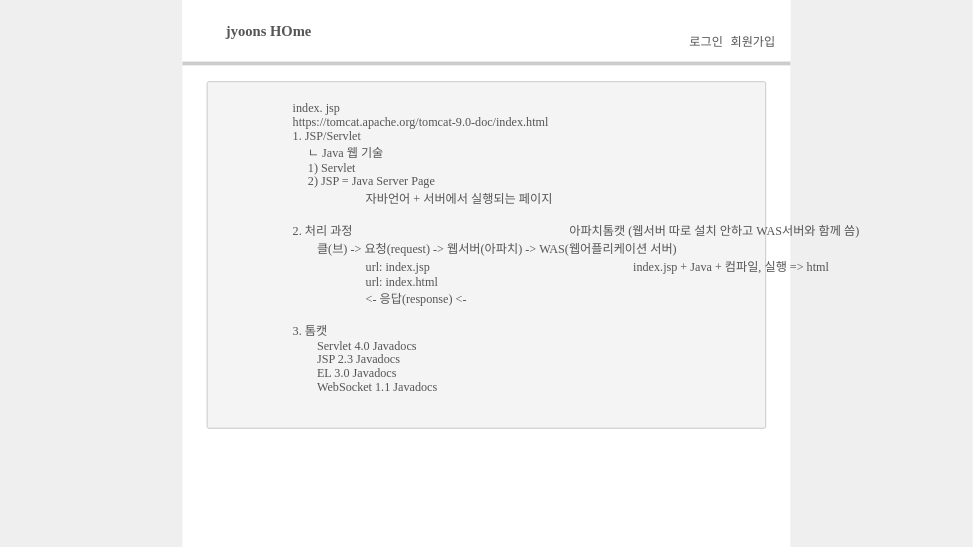
Repository: jyoons00/JSP-sample
Page: http://localhost/jspPro/index.jsp
The author's editor kept a copy of each file at every save. The page is drawn from the files as they stood at one save, then again after the next save.
The browser window is 1280 px wide. The pictures show the whole page, at 76% of full size.
Some web fonts or font styles are not loaded; a fallback is used. The page is served by Tomcat 9. Other server files are loaded and not shown.

Above is the page before, as saved 2024-10-15 01:54:59.

### jspPro/src/main/webapp/index.jsp
<%@ page contentType="text/html; charset=UTF-8" pageEncoding="UTF-8"%>
<!DOCTYPE html>
<html>
  <head>
    <meta charset="UTF-8" />
    <title>Insert title here</title>
    <link
      rel="shortcut icon"
      type="image/x-icon"
      href="http://localhost/jspPro/images/SiSt.ico"
    />
    <script src="https://ajax.googleapis.com/ajax/libs/jquery/3.7.1/jquery.min.js"></script>
    <meta name="viewport" content="width=device-width, initial-scale=1.0" />
    <link
      rel="stylesheet"
      href="http://localhost/jspPro/resources/cdn-main/example.css"
    />
    <script src="http://localhost/jspPro/resources/cdn-main/example.js"></script>
    <style>
      span.material-symbols-outlined {
        vertical-align: text-bottom;
      }
    </style>
  </head>
  <body>
    <header>
      <h1 class="main">
        <a href="#" style="position: absolute; top: 30px">jyoons HOme</a>
      </h1>
      <ul>
        <li><a href="#">로그인</a></li>
        <li><a href="#">회원가입</a></li>
      </ul>
    </header>
    <div>
      <xmp class="code">
   			index. jsp
   			https://tomcat.apache.org/tomcat-9.0-doc/index.html
   			1. JSP/Servlet
   			     ㄴ Java 웹 기술
   			     1) Servlet
   			     2) JSP = Java Server Page
   			     			자바언어 + 서버에서 실행되는 페이지

   			2. 처리 과정									   아파치톰캣 (웹서버 따로 설치 안하고 WAS서버와 함께 씀)
   				클(브) -> 요청(request) -> 웹서버(아파치) -> WAS(웹어플리케이션 서버)
   						url: index.jsp									index.jsp + Java + 컴파일, 실행 => html
   						url: index.html
   						<- 응답(response) <-

   			3. 톰캣
   				Servlet 4.0 Javadocs
				JSP 2.3 Javadocs
				EL 3.0 Javadocs
				WebSocket 1.1 Javadocs

  	  </xmp>
    </div>

  </body>
</html>

### jspPro/src/main/webapp/resources/cdn-main/example.css
@charset "UTF-8";

@import url('https://fonts.googleapis.com/css2?family=Material+Symbols+Outlined:opsz,wght,FILL,GRAD@20..48,100..700,0..1,-50..200');

@font-face {
    font-family: 'GmarketSansMedium';
    src: url('https://cdn.jsdelivr.net/gh/projectnoonnu/noonfonts_2001@1.1/GmarketSansMedium.woff') format('woff');
    font-weight: normal;
    font-style: normal;
}

:root {
	--text-color: #555;
	--sub-text-color: #777;
	--back-color: #EFEFEF;
	--header-color: #444;
	--primary-color: #DEDEDE;
	--secondary-color: #EFEFEF;
	--default-width: 800px;
	--narrow-width: 500px;
	--wide-width: 1200px;
	--text-font: 'GmarketSansMedium';
	--icon-font: 'Material Symbols Outlined';
	--border-color: #CCC;
}

html, body {
	margin: 0;
	padding: 0;
}

html {
	background-color: var(--back-color);
	display: flex;
	justify-content: center;
	min-height: 100vh;
}

body, body.default {
	width: var(--default-width);
	background-color: white;
	padding-bottom: 120px;
}

body.wide {
	width: var(--wide-width);
}

body.narrow {
	width: var(--narrow-width);
}



body, p, div, span, a, input, select, option, textarea, button, table, th, td, label, fieldset, legend {
	font-family: var(--text-font);
	color: var(--text-color);
}

h1, h2, h3 {
	font-family: var(--text-font);
	color: var(--header-color);
	padding: 0 1rem;
	padding-top: .5rem;
}

div > h1, div > h2, div > h3 {
	padding: 0;
}

body > div, body > main > div {
	padding: 0.3rem 1rem;
}


h1 { font-size: 2rem; border-bottom: 1px solid var(--border-color); }
h1 small { font-size: 1.2rem; color: var(--sub-text-color); }
h2 { font-size: 1.5rem; border-bottom: 1px dashed var(--border-color); }
h2 small { font-size: 1.1rem; color: --sub-text-color; }
h3 { font-size: 1.2rem; }
h3 small { font-size: 1rem; color: --sub-text-color; }



h1.main::before {
	font-family: var(--icon-font);
  	content: '\e666';
  	margin-right: 10px;
  	float: left;
	font-size: 2.5rem;
}

h1.sub::before {
	font-family: var(--icon-font);
  	content: '\ea19';
  	margin-right: 10px;
  	float: left;
	font-size: 2.5rem;
}


h1.page::before {
	font-family: var(--icon-font);
  	content: '\e0e0';
  	margin-right: 10px;
  	float: left;
	font-size: 2.5rem;
}

body > header > ul > li > .active{
	background-color: #FFF;
	color:#F00;
}

body > header {
	display: flex;
	justify-content: space-between;
	border-bottom: 5px solid var(--border-color);
	min-height: 74px;
	background-color: #FFF;
}

body > header.sticky {
	position: sticky;
	top: 0;
	z-index: 98;
}

body > header > h1 {
	font-size: 1.2rem;
	border: 0;
}

body > header.in > h1::before {
	font-family: var(--icon-font);
  	content: '\e332‥';
  	margin-right: 3px;
  	float: left;
	font-size: 2rem;
}


body > header > ul {
	list-style-type: none;
	display: flex;
	align-items: flex-end;
	margin-right: 10px;
}

body > header > ul > li {
	margin-right: 10px;
	cursor: pointer;
}

body > header > ul > li > a {
	cursor: pointer;
}


form {
	display: block;
}

form > div {
	padding: 0.3rem 1rem;
}

div > form > div {
	padding: 0.3rem 0;
}

input, textarea, button, select {
	border: 1px solid #BBB;
	border-radius: 3px;
	outline: none;
	resize: none;
	padding: 7px;
	margin: 0;
}

input[type=text]:read-only, textarea:read-only {
	cursor: not-allowed;
	background-color: #FFF;
}

input[type=text]:disabled, textarea:disabled {
	cursor: not-allowed;
	background-color: #EEE;
}

input[type=text], input[type=password], textarea, button, select {
	/* width: 300px; */
}

textarea {
	display: block;
	height: 100px;
}

input[type=button], input[type=submit], button {
	/* width: inherit; */
}

input.short, textarea.short, button.short, select.short {
	width: 100px;
}

input.long, textarea.long, button.long, select.long {
	width: 350px;
}

.narrow input.long, .narrow textarea.long, .narrow button.long, .narrow select.long {
	width: calc(100% - 20px);
}

input.full, textarea.full, button.full, select.full {
	width: calc(100% - 20px);
}

textarea.short {
	height: 50px;
}

textarea.long {
	height: 100px;
}

textarea.full {
	height: 200px;
}

input, textarea {
	padding-top: 8px;
}

input[type=button], input[type=submit], button {
	padding: 5px 10px;
	background-color: var(--secondary-color);
	cursor: pointer;
	min-height: 36px;
}

input[type=button].primary, input[type=submit].primary, button.primary {
	/* background-color: rgba(100, 149, 237, .2); */
	background-color: var(--primary-color);
}

input[type=button].primary:hover, input[type=submit].primary:hover, button.primary:hover {
	/* background-color: rgba(100, 149, 237, .3); */
	background-color: var(--secondary-color);
}

input[type=button]:hover, input[type=submit]:hover, button:hover {
	background-color: var(--primary-color);
}

button {
	position: relative;
	left: 0;
	top: 0;
	padding-left: 35px;
}

button .material-symbols-outlined {
	position: absolute;
	left: 10px;
	top: 4px;
}

/* k2nik add */
button.login::before {
	font-family: var(--icon-font);
  	content: '\ea77';
	position: absolute;
	left: 11px;
	top: 4px;
	font-size: 1.25rem;
}

/* k2nik logout */
button.logout::before {
	font-family: var(--icon-font);
  	content: '\e9ba';
	position: absolute;
	left: 11px;
	top: 4px;
	font-size: 1.25rem;
}

/* k2nik help */
button.help::before {
	font-family: var(--icon-font);
  	content: '\f1c0';
	position: absolute;
	left: 11px;
	top: 4px;
	font-size: 1.25rem;
}

button.add::before{
	font-family: var(--icon-font);
  	content: '\e746';
	position: absolute;
	left: 11px;
	top: 4px;
	font-size: 1.25rem;
}

button.back::before {
	font-family: var(--icon-font);
  	content: '\e166';
	position: absolute;
	left: 11px;
	top: 4px;
	font-size: 1.25rem;
}

button.list::before {
	font-family: var(--icon-font);
  	content: '\e0ee';
	position: absolute;
	left: 11px;
	top: 4px;
	font-size: 1.25rem;
}


button.del::before {
	font-family: var(--icon-font);
  	content: '\e872';
	position: absolute;
	left: 11px;
	top: 4px;
	font-size: 1.25rem;
}


button.edit::before {
	font-family: var(--icon-font);
  	content: '\e745';
	position: absolute;
	left: 11px;
	top: 4px;
	font-size: 1.25rem;
}


button.login::before {
	font-family: var(--icon-font);
  	content: '\ea77';
	position: absolute;
	left: 11px;
	top: 4px;
	font-size: 1.25rem;
}


button.logout::before {
	font-family: var(--icon-font);
  	content: '\e9ba';
	position: absolute;
	left: 11px;
	top: 4px;
	font-size: 1.25rem;
}


button.in::before {
	font-family: var(--icon-font);
  	content: '\f71a';
	position: absolute;
	left: 11px;
	top: 4px;
	font-size: 1.25rem;
}


button.out::before {
	font-family: var(--icon-font);
  	content: '\f70e';
	position: absolute;
	left: 11px;
	top: 4px;
	font-size: 1.25rem;
}


button.reply::before {
	font-family: var(--icon-font);
  	content: '\e15e';
	position: absolute;
	left: 11px;
	top: 4px;
	font-size: 1.25rem;
}


button.comment::before {
	font-family: var(--icon-font);
  	content: '\e0b9';
	position: absolute;
	left: 11px;
	top: 4px;
	font-size: 1.25rem;
}


button.modal::before {
	font-family: var(--icon-font);
  	content: '\e89e';
	position: absolute;
	left: 11px;
	top: 4px;
	font-size: 1.25rem;
}


button.ok::before {
	font-family: var(--icon-font);
  	content: '\e86c';
	position: absolute;
	left: 11px;
	top: 4px;
	font-size: 1.25rem;
}


button.cancel::before {
	font-family: var(--icon-font);
  	content: '\e5c9';
	position: absolute;
	left: 11px;
	top: 4px;
	font-size: 1.25rem;
}

button.search::before {
	font-family: var(--icon-font);
  	content: '\e8b6';
	position: absolute;
	left: 11px;
	top: 4px;
	font-size: 1.25rem;
}

button.home::before {
	font-family: var(--icon-font);
  	content: '\e88a';
	position: absolute;
	left: 11px;
	top: 4px;
	font-size: 1.25rem;
}


button.sidebar::before {
	font-family: var(--icon-font);
  	content: '\f7e4';
	position: absolute;
	left: 11px;
	top: 4px;
	font-size: 1.25rem;
}


button.sidebar-right::before {
	font-family: var(--icon-font);
  	content: '\f7e5';
	position: absolute;
	left: 11px;
	top: 4px;
	font-size: 1.25rem;
}




button::before {
	font-family: var(--icon-font);
  	content: '\e323';
	position: absolute;
	left: 11px;
	top: 4px;
	font-size: 1.25rem;
}


table {
	border-collapse: collapse;
	margin: 1rem;
	box-sizing: border-box;
	width: calc(100% - 32px);
}

table.content {
	width: auto;
}

div > table {
	margin: 0;
}

table th, table td {
	border: 1px solid var(--border-color);
	padding: 7px;
	font-weight: normal;
}

table th {
	background-color: var(--back-color);
}

table.vertical th {
	width: 150px;
}

table.vertical td {
	width: calc(100% - 182px);
	padding-left: 10px;
}

table.content td, table.content th {
	width: auto;
}

body.narrow table.vertical th {
	width: 100px;
}

body.narrow table.vertical td {
	width: calc(100% - 182px);
}


table + table {
	margin-top: 30px;
}


p {
	padding: 0 1rem;
}

a {
	text-decoration: none;
}

a:hover {
	color: rgba(255, 99, 71, .7);
}

hr {
	border: 0;
	border-top: 1px solid var(--border-color);
	margin: 2rem 0;
}

.message {
	border: 1px solid var(--border-color);
	background-color: #EFEFEF;
	margin: 1rem;
	width: auto;
	padding-top: 10px;
	padding-bottom: 10px;
	font-size: 14px;
}

.message[title]::before {
	content: attr(title);
	display: block;
	border-bottom: 1px solid var(--border-color);
	padding-bottom: 5px;
	margin-bottom: 10px;
	margin-top: 7px;
}

.message.short {
	max-width: 250px;
}

.message.long {
	max-width: 500px;
}

.badge {
	float: right;
	font-size: .8rem;
	margin-top: 2px;
	margin-right: 2px;
	text-shadow: 0 0 7px gray;
}

.badge.left {
	float: none;
	margin-left: 2px;
}

.badge.right {
	float: right;
}

.badge.red {
	border-radius: 50%;
	padding: 2px 5px;
	background-color: rgb(255, 99, 71, .3);
}

.badge.yellow {

	border-radius: 50%;
	padding: 2px 5px;
	background-color: rgb(255, 215, 0, .5);
}

.badge.blue {
	border-radius: 50%;
	padding: 2px 5px;
	background-color: rgb(100, 149, 237, .3);
}

label + label {
	margin-left: 7px;
}

label input[type=checkbox], label input[type=radio] {
	transform: translate(0, 1px);
}

.group {
	display: flex;
}

.modal-content .group {
	margin-bottom: .5rem;
}

.group label {
	border: 1px solid #BBB;
	border-radius: 3px;
	outline: none;
	resize: none;
	padding: 7px 14px;
	margin: 0;
	border-top-right-radius: 0;
	border-bottom-right-radius: 0;
	background-color: #EFEFEF;
	white-space: nowrap;
	font-size: 14px;
}

.group input[type=text] {
	margin-left: -1px;
	border-top-left-radius: 0;
	border-bottom-left-radius: 0;
}

.group select {
	margin-left: -1px;
	border-top-left-radius: 0;
	border-bottom-left-radius: 0;
}

.group input.full[type=text] {
	margin-left: -1px;
	border-top-left-radius: 0;
	border-bottom-left-radius: 0;
	width: 100%;
}

.group input[type=button]:first-child, .group button:first-child {
	border-top-left-radius: 3px;
	border-bottom-left-radius: 3px;
	margin-left: 0px;
}

.group input[type=button], .group button {
	border-radius: 0;
	margin-left: -1px;
}

.group input[type=button]:last-child, .group button:last-child {
	margin-left: -1px;
	border-top-right-radius: 3px;
	border-bottom-right-radius: 3px;
}

.seperate {
	display: flex;
	justify-content: space-between;
}

div.list {
	width: max-content;
	margin: 1rem;
	border: 1px solid #BBB;
	border-radius: 3px;
	padding: 0;
}

div.list.full {
	width: auto;
	display: block;
	margin: 1rem;
	border: 1px solid #BBB;
	border-radius: 3px;
	padding: 0;
}

div.list > div {
	padding: .5rem 1rem;
	margin: 0;
	border-bottom: 1px solid #BBB;
}

div.list > div:last-child {
	border-bottom: 0;
}

pre.code , xmp.code{
	font-family: consols;
	background-color: rgba(150, 150, 150, .1);
	border: 1px solid #BBB;
	border-radius: 3px;
	padding: .5rem 1rem;
	padding-bottom: .6rem;
	margin: 1rem;
}




*[data-modal-window] {
	position: fixed;
	background-color: rgba(0, 0, 0, .3);
	left: 0;
	top: 0;
	display: none;
	justify-content: center;
	align-items: flex-start;
	width: 100%;
	min-height: 100vh;
	z-index: 100;
	opacity: 0;
	transition: 500ms all;
}

*[data-modal-window] .modal-container {
	border-radius: 5px;
	padding: 1rem;
	padding-bottom: .5rem;
	margin-top: -500px;
	opacity: 0;
	width: 500px;
	background-color: #FFF;
	margin-right: 2rem;
	transition: 500ms all;
}

*[data-modal-size=content] .modal-container {
	width: auto;
}

*[data-modal-size=narrow] .modal-container {
	width: 300px;
}

*[data-modal-size=wide] .modal-container {
	width: 760px;
}


*[data-modal-window] .modal-header {
	border-bottom: 1px solid var(--border-color);
	padding: 2px 5px;
}

*[data-modal-window] .modal-content {
	padding: 1rem 5px;
}

*[data-modal-window] .modal-content div:last-child {
	margin-top: 1rem;
	text-align: right;
}



*[data-sidebar-window] {
	position: fixed;
	background-color: #FFF;
	left: 0;
	top: 0;
	display: block;
	width: 300px;
	border-right: 1px solid var(--border-color);
	box-sizing: border-box;
	box-shadow: 0 0 3px var(--back-color);
	min-height: 100vh;
	z-index: 99;
	transform: translate(-300px, 0);
	transition-duration: 500ms;
	transition-property: transform;
}

*[data-sidebar-direction=right] {
	left: auto;
	right: 0;
	transform: translate(300px, 0);
	border-left: 1px solid var(--border-color);
}

*[data-sidebar-size=wide] {
	width: 500px;
	transform: translate(-500px, 0);
}

*[data-sidebar-window] .sidebar-title {
	border-bottom: 1px solid var(--border-color);
	margin-top: 20px;
	margin-bottom: 20px;
	padding-bottom: 5px;
	display: flex;
	justify-content: space-between;
}

*[data-sidebar-window] .sidebar-title span:last-child {
	cursor: pointer;
}


/* K2Nik pagination */
.center {
  text-align: center;
}

.pagination {
  display: inline-block;
}

.pagination a {
  color: black;
  float: left;
  padding: 3px 6px;
  text-decoration: none;
  transition: background-color .3s;
  border: 1px solid #ddd;
  margin: 0 3px;
}

.pagination a.active {
  background-color: #4CAF50;
  color: white;
  border: 1px solid #4CAF50;
}

.pagination a:hover:not(.active) {background-color: #ddd;}

### jspPro/src/main/webapp/resources/cdn-main/example.js

window.onload = () => {

    const list = document.querySelectorAll('input, textarea');

    list.forEach(item => {
        item.setAttribute('autocomplete', 'off');
    });


    const modal_btn_list = document.querySelectorAll('*[data-modal-button]');

    modal_btn_list.forEach(item => {
        item.onclick = function() {

            const name = this.dataset['modalButton'];
            const modal_window = document.querySelector('*[data-modal-window=' + name);

            const container = document.createElement('div');
            container.className = 'modal-container';



            const modal_header = document.createElement('div');
            modal_header.textContent = modal_window.dataset['modalTitle'];
            modal_header.className = 'modal-header';
            container.appendChild(modal_header);

            const modal_content = document.createElement('div');
            modal_content.className = 'modal-content';
            container.appendChild(modal_content);

            Array.from(modal_window.childNodes).forEach(item => {
                modal_content.appendChild(item);
            });

            modal_window.appendChild(container);

            modal_window.style.display = 'flex';

            setTimeout(() => {
                modal_window.style.opacity = 1;
                container.style.marginTop = '20px';
                container.style.opacity = 1;
            }, 50);


            const modal_ok = document.querySelector('*[data-modal-ok=' + name);
            modal_ok.addEventListener('click', function() {
                modal_window.style.opacity = 0;
                container.style.marginTop = '-500px';
                container.style.opacity = 0;

                setTimeout(() => {
                    modal_window.innerHTML = modal_content.innerHTML;
                    modal_window.style.display = 'none';
                }, 500);

            });

            const modal_cancel = document.querySelector('*[data-modal-cancel=' + name);
            modal_cancel.addEventListener('click', function() {

                modal_window.style.opacity = 0;
                container.style.marginTop = '-500px';
                container.style.opacity = 0;

                setTimeout(() => {
                    modal_window.innerHTML = modal_content.innerHTML;
                    modal_window.style.display = 'none';
                }, 500);
            });


        };
    });


    const sidebar_btn_list = document.querySelectorAll('*[data-sidebar-button]');

    sidebar_btn_list.forEach(item => {
        item.onclick = function() {



            const name = this.dataset['sidebarButton'];
            const sidebar_window = document.querySelector('*[data-sidebar-window=' + name);

            if (sidebar_window.style.transform == 'translate(0px, 0px)') return;



            sidebar_window.style.transform = 'translate(0, 0)';

            const sidebar_title = document.createElement('div');
            sidebar_title.className = 'sidebar-title';
            sidebar_title.innerHTML = '<span>' + sidebar_window.dataset['sidebarTitle'] + '</span><span class="material-symbols-outlined">close</span>';

            sidebar_title.children[1].onclick = function() {

                let sign = 1;
                let distance = 300;

                if (sidebar_window.dataset['sidebarDirection'] != 'right') {
                    sign = -1;
                } else {
                    sign = 1;
                }

                if (sidebar_window.dataset['sidebarSize'] != 'wide') {
                    distance = 300;
                } else {
                    distance = 500;
                }

                distance *= sign;

                sidebar_window.style.transform = 'translate(' + distance + 'px, 0)';

                setTimeout(function() {
                    sidebar_window.removeChild(sidebar_window.children[0]);
                }, 500);
            };


            sidebar_window.prepend(sidebar_title);

        }
    });

};

// window.onkeydown = function(event) {

//     if (event.keyCode == 27) {
//         if (document.querySelector('[data-modal-window').style.display == 'flex') {
//             document.querySelector('[data-modal-window').style.display = 'none';
//         }
//     }

// };

After the next save:
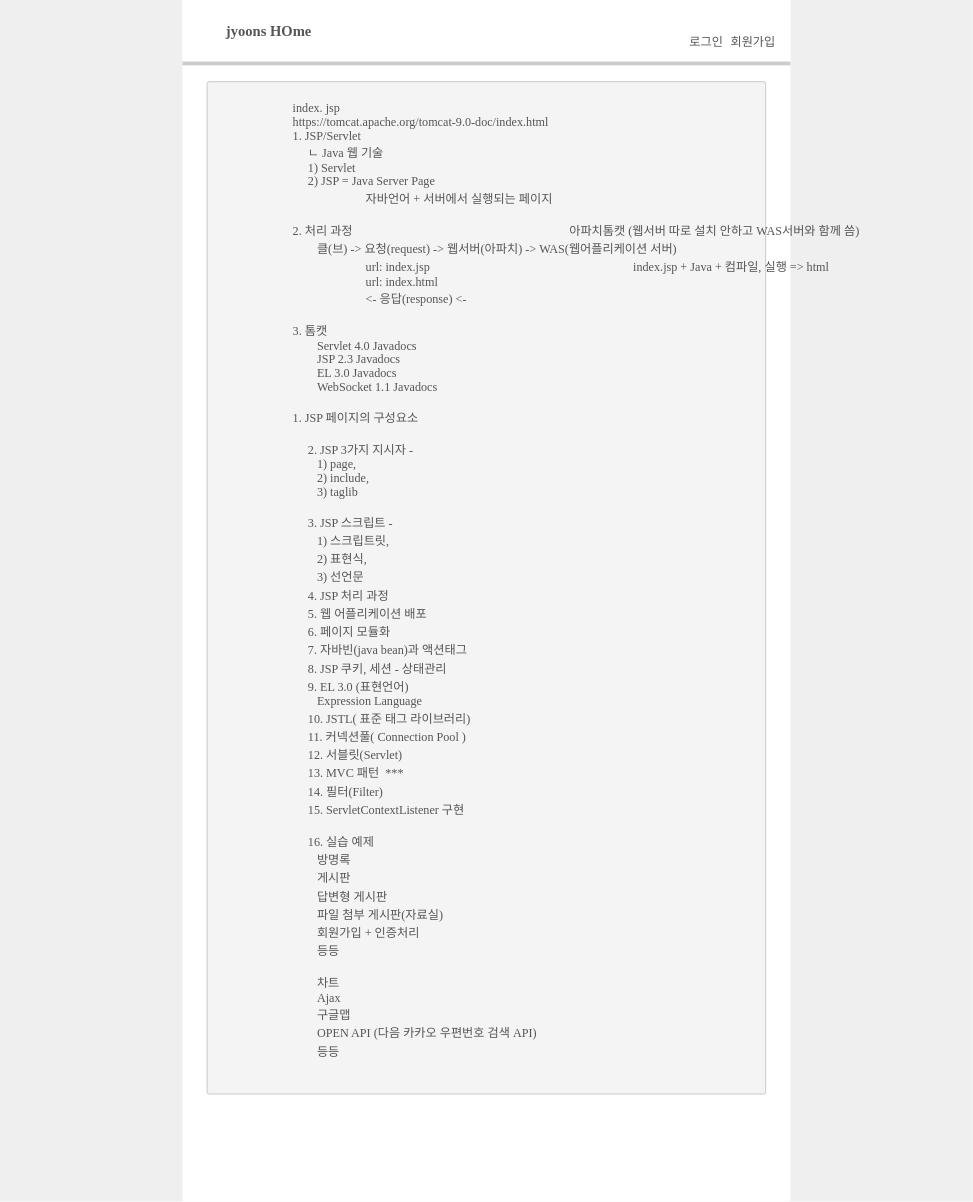
Saved 21 min 8 s later.
--- a/jspPro/src/main/webapp/index.jsp
+++ b/jspPro/src/main/webapp/index.jsp
@@ -54,6 +54,45 @@
 				EL 3.0 Javadocs
 				WebSocket 1.1 Javadocs
 
+			1. JSP 페이지의 구성요소
+
+			     2. JSP 3가지 지시자 -
+			        1) page,
+			        2) include,
+			        3) taglib
+
+			     3. JSP 스크립트 -
+			        1) 스크립트릿,
+			        2) 표현식,
+			        3) 선언문
+			     4. JSP 처리 과정
+			     5. 웹 어플리케이션 배포
+			     6. 페이지 모듈화
+			     7. 자바빈(java bean)과 액션태그
+			     8. JSP 쿠키, 세션 - 상태관리
+			     9. EL 3.0 (표현언어)
+			        Expression Language
+			     10. JSTL( 표준 태그 라이브러리)
+			     11. 커넥션풀( Connection Pool )
+			     12. 서블릿(Servlet)
+			     13. MVC 패턴  ***
+			     14. 필터(Filter)
+			     15. ServletContextListener 구현
+
+			     16. 실습 예제
+			        방명록
+			        게시판
+			        답변형 게시판
+			        파일 첨부 게시판(자료실)
+			        회원가입 + 인증처리
+			        등등
+
+			        차트
+			        Ajax
+			        구글맵
+			        OPEN API (다음 카카오 우편번호 검색 API)
+			        등등
+
   	  </xmp>
     </div>
 
